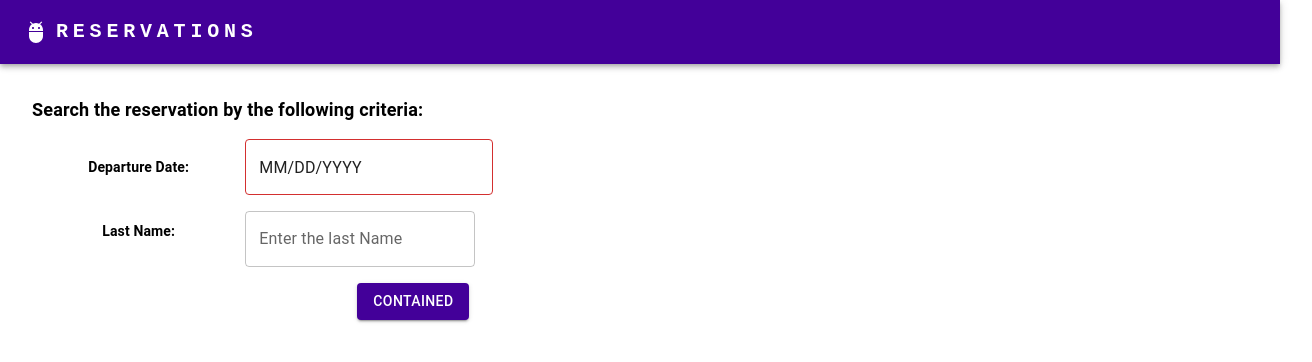
Repository: jbpadilha/reservationAWSRXJS
Page: /search
The author's editor kept a copy of each file at every save. The page is drawn from the files as they stood at one save, then again after the next save.
The browser window is 1280 px wide. The page is 1312 px wide, so the pictures cover 1312 px, including what lies to the right of the window. The pictures show the whole page.
The project was rebuilt for these pictures with package versions that can differ from the ones it lists, and the page was loaded fresh each time. Also part of the build but not shown: src/App.css, src/components/Menu.tsx.

Above is the page before, as saved 2023-07-11 21:01:01.

After the next save:
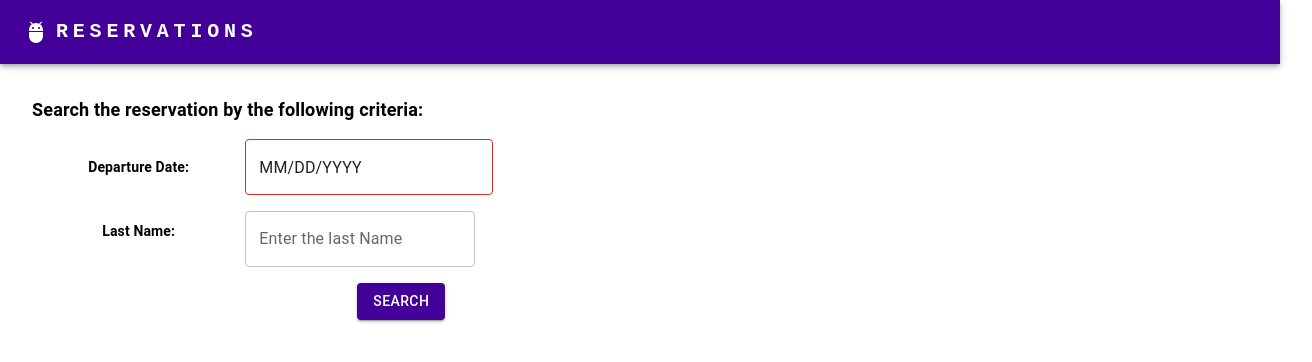
Saved 15 s later.
--- a/src/components/SearchReservations.tsx
+++ b/src/components/SearchReservations.tsx
@@ -13,9 +13,7 @@ const SearchReservations = () => {
   const [departureDate, setDepartureDate] = useState<string | null>("");
   const [lastName, setLasName] = useState<string | null>("");
 
-  const searchReservation = () => {
-
-  };
+  const searchReservation = () => {};
 
   return (
     <LocalizationProvider dateAdapter={AdapterDayjs}>
@@ -64,7 +62,9 @@ const SearchReservations = () => {
           <Grid container>
             <Grid item xs={2} />
             <Grid item xs={10} sx={{ paddingLeft: 14 }}>
-              <Button variant="contained" onClick={searchReservation}>Contained</Button>
+              <Button variant="contained" onClick={searchReservation}>
+                {t("btnSearch")}
+              </Button>
             </Grid>
           </Grid>
         </Grid>
